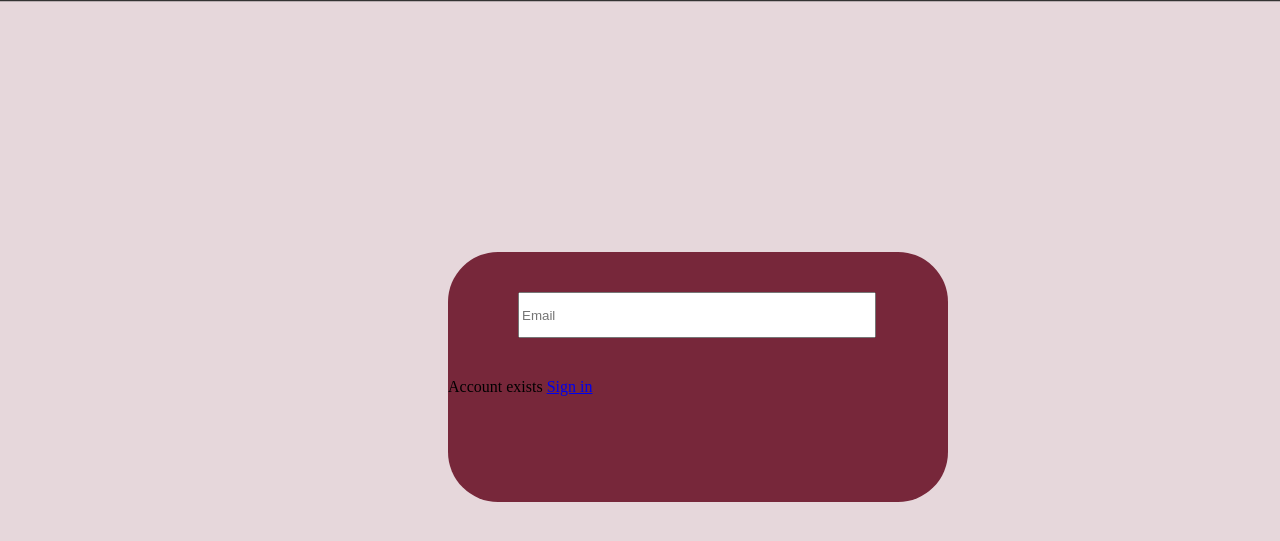
Repository: Kotya2001/FuzzyOps-App
Page: /register (app in frontend/my-app/)
An editor plug-in stored every save of this project. The page is shown before and after the next save, followed by the edit.
The browser window is 1280 px wide. The pictures show the whole page.
The project was rebuilt for these pictures with package versions that can differ from the ones it lists, and the page was loaded fresh each time. Also part of the build but not shown: frontend/my-app/src/pages/Item.js, frontend/my-app/src/pages/Base.js, frontend/my-app/src/pages/Login.js, frontend/my-app/src/pages/Resources.js.

Above is the page before, as saved 2022-09-21 16:34:44.

After the next save:
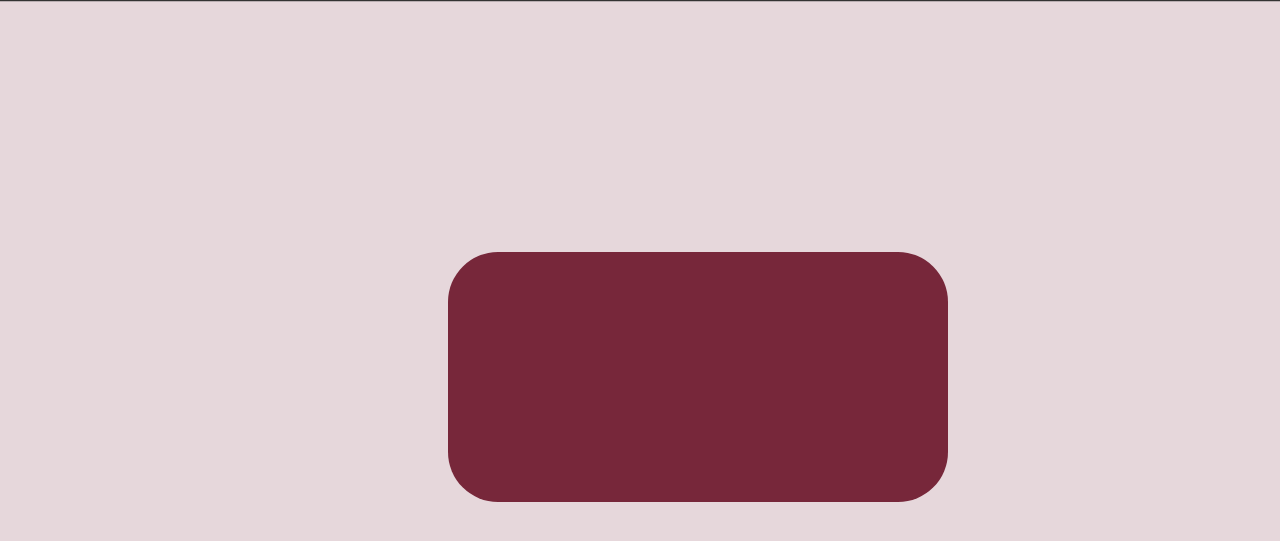
Saved 22 s later.
--- a/frontend/my-app/src/pages/Register.js
+++ b/frontend/my-app/src/pages/Register.js
@@ -7,11 +7,7 @@ const Register = () => {
 
     return (
         <div className="inputForm">
-            <input type="text" placeholder="Email"/>
 
-            <p>
-                Account exists <Link to='/login'>Sign in</Link>
-            </p>
         </div>
     )
 }
